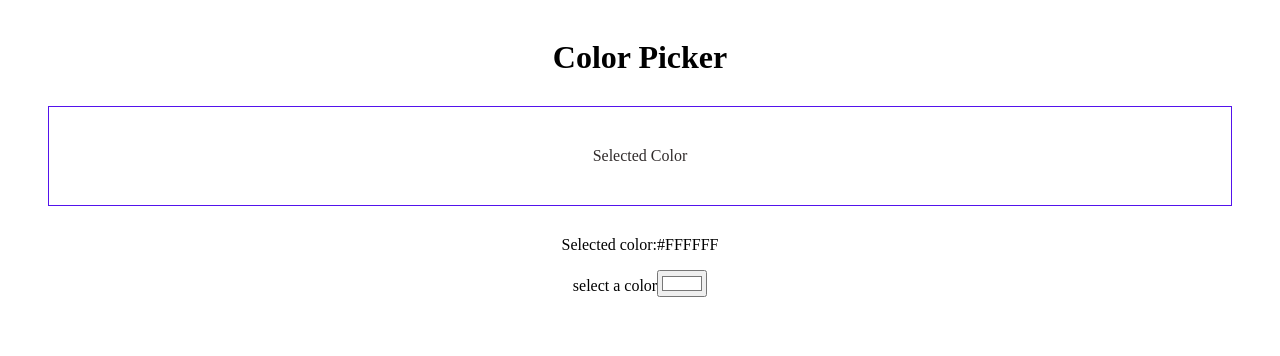
Repository: wakoya-tech/my-react-practice
Page: /
These files come from the project's save history. The page is drawn as it stood at one moment and after the next save; the edit follows.
The browser window is 1280 px wide. The pictures show the whole page.
The project was rebuilt for these pictures with package versions that can differ from the ones it lists, and the page was loaded fresh each time. Also part of the build but not shown: vite.config.js.

Above is the page before, as saved 2025-10-03 11:40:45.

After the next save:
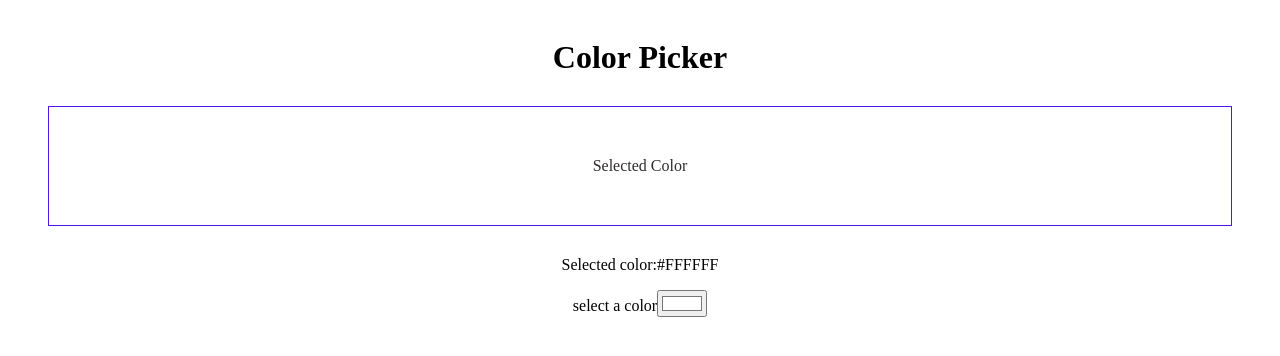
Saved 21 s later.
--- a/src/index.css
+++ b/src/index.css
@@ -7,6 +7,6 @@
   color: rgb(48, 43, 43);
   background-color: rgb(82, 82, 197);
   margin: 30px;
-  padding:40px 40px;
+  padding:50px 70px;
 
 }
